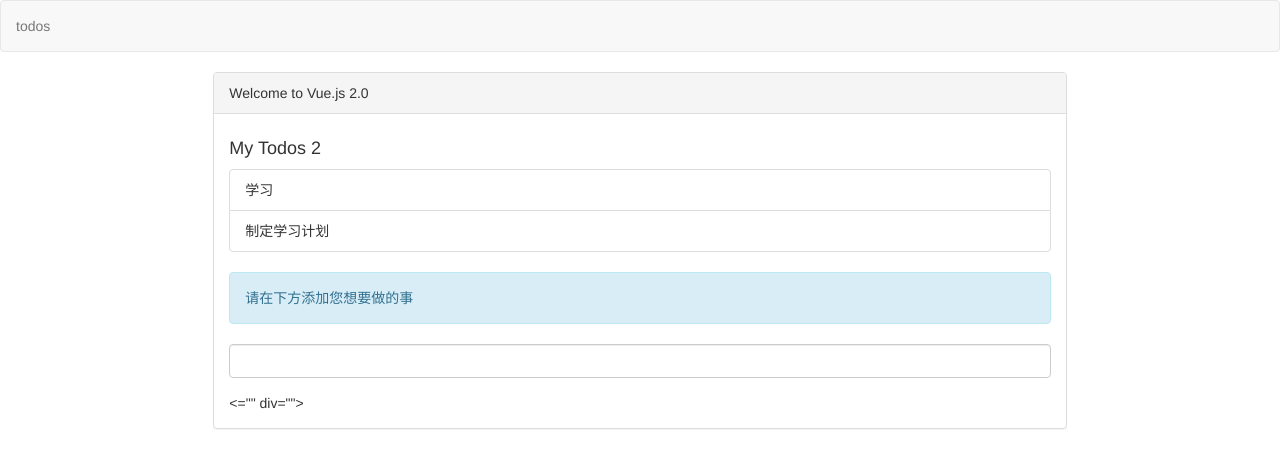
Repository: myr1111/todo
Page: Todoapp/index.html
The author's editor kept a copy of each file at every save. The page is drawn from the files as they stood at one save, then again after the next save.
The browser window is 1280 px wide. The pictures show the whole page.

Above is the page before, as saved 2019-04-01 08:28:13.

### Todoapp/index.html
<!DOCTYPE html>
<html lang="en">
<head>
    <meta charset="UTF-8">
    <meta name="viewport" content="width=device-width, initial-scale=1.0">
    <meta http-equiv="X-UA-Compatible" content="ie=edge">
    <title>Document</title>
    <link rel="stylesheet" href="bootstrap.min.css">
    <script src="vue.min.js"></script>
</head>
<body>
    <nav class="navbar navbar-default">
        <p class="navbar-text">todos</p>
    </nav>
    <div id="app" class="container col-md-8 col-md-offset-2">
        <div class="row">
            <div class="panel panel-default">
                <div class=" panel-heading">Welcome to Vue.js 2.0</div>
                <div class="panel-body">
                    <h4>My Todos {{todosCount}}</h4>
                    <ul class="list-group">
                        <li class="list-group-item"
                            v-for="todo in todos"
                        >{{todo.title}}</li>
                    </ul>
                    <div class="alert alert-info">请在下方添加您想要做的事</div>
                    <form >
                        <div class="form-group">
                            <input type="text" class="form-control">
                        </div>
                        <div class="form-group"
                            button.form-control
                        </div>
                    </form>
                </div>
            </div>
        </div>
    </div>
    <script>
        new Vue({
            el : "#app",
            data : {
                todos : [
                    {title : "学习"},
                    {title : "制定学习计划"}
                ]
            },
            computed: {
                todosCount(){
                    return this.todos.length;
                }
            },
        });

    </script>
</body>
</html>

Loaded but not shown: Todoapp/bootstrap.min.css (library); Todoapp/vue.min.js (library)

After the next save:
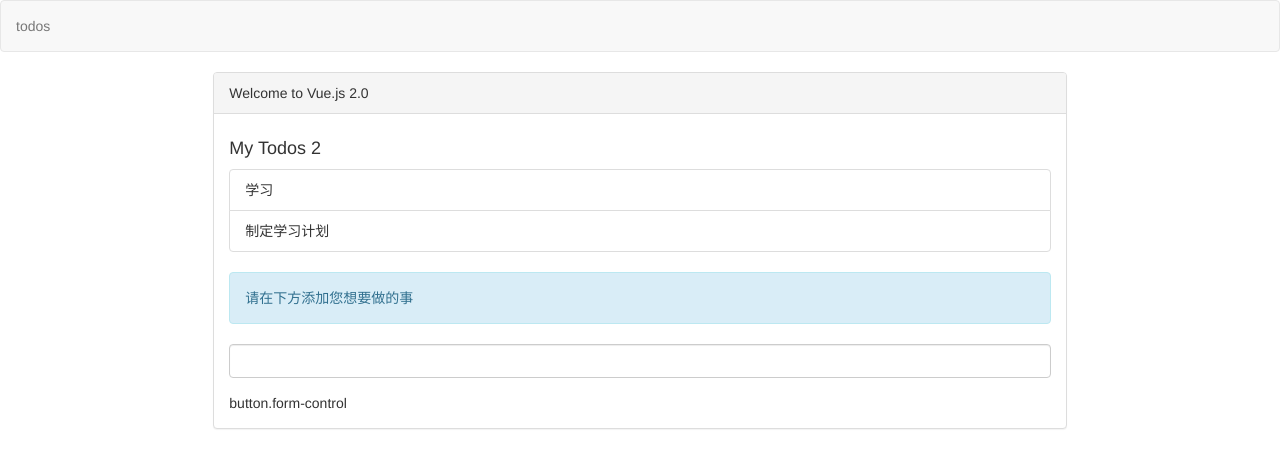
Saved 5 s later.
--- a/Todoapp/index.html
+++ b/Todoapp/index.html
@@ -28,7 +28,7 @@
                         <div class="form-group">
                             <input type="text" class="form-control">
                         </div>
-                        <div class="form-group"
+                        <div class="form-group"></div>
                             button.form-control
                         </div>
                     </form>
